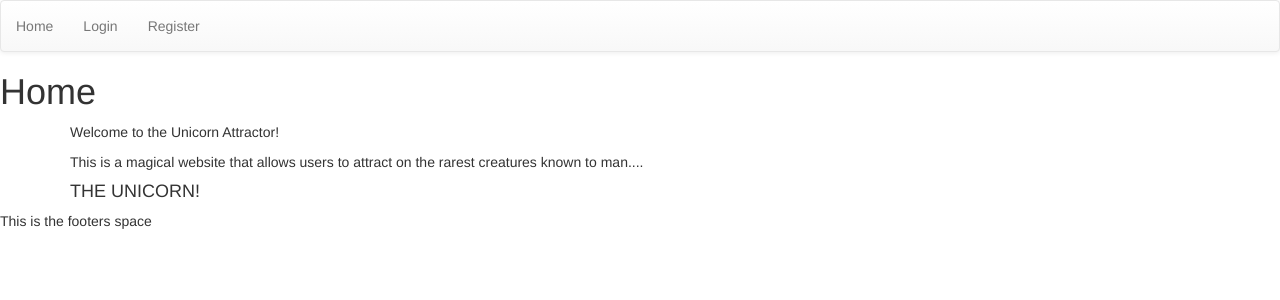
Repository: h8130084/UnicornAttractor
Page: accounts/templates/index.html
The author's editor kept a record of every edit. The page is drawn from the files as they stood at one moment, then again after the next edit.
The browser window is 1280 px wide. The pictures show the whole page.
Some web fonts or font styles are not loaded; a fallback is used. Some web libraries are served in a nearby version. The template is drawn by Django 2.2. The application's start-up code is not run. The template is opened directly, without the code that normally fills it, so the values that code supplies are empty.

Above is the page before.
Console error (its wording comes from the project's code and is left out).

After the next edit:
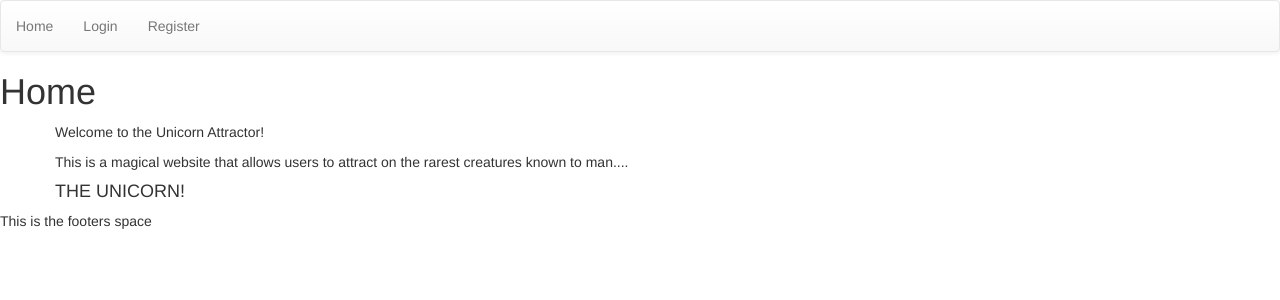
The edit:
--- a/accounts/templates/index.html
+++ b/accounts/templates/index.html
@@ -3,7 +3,7 @@
 {% block page_heading %}Home{% endblock %}
 {% block content %}
 
-<div class="container">
+
     <div class="row">
         <p>Welcome to the Unicorn Attractor!</p>
     </div>
